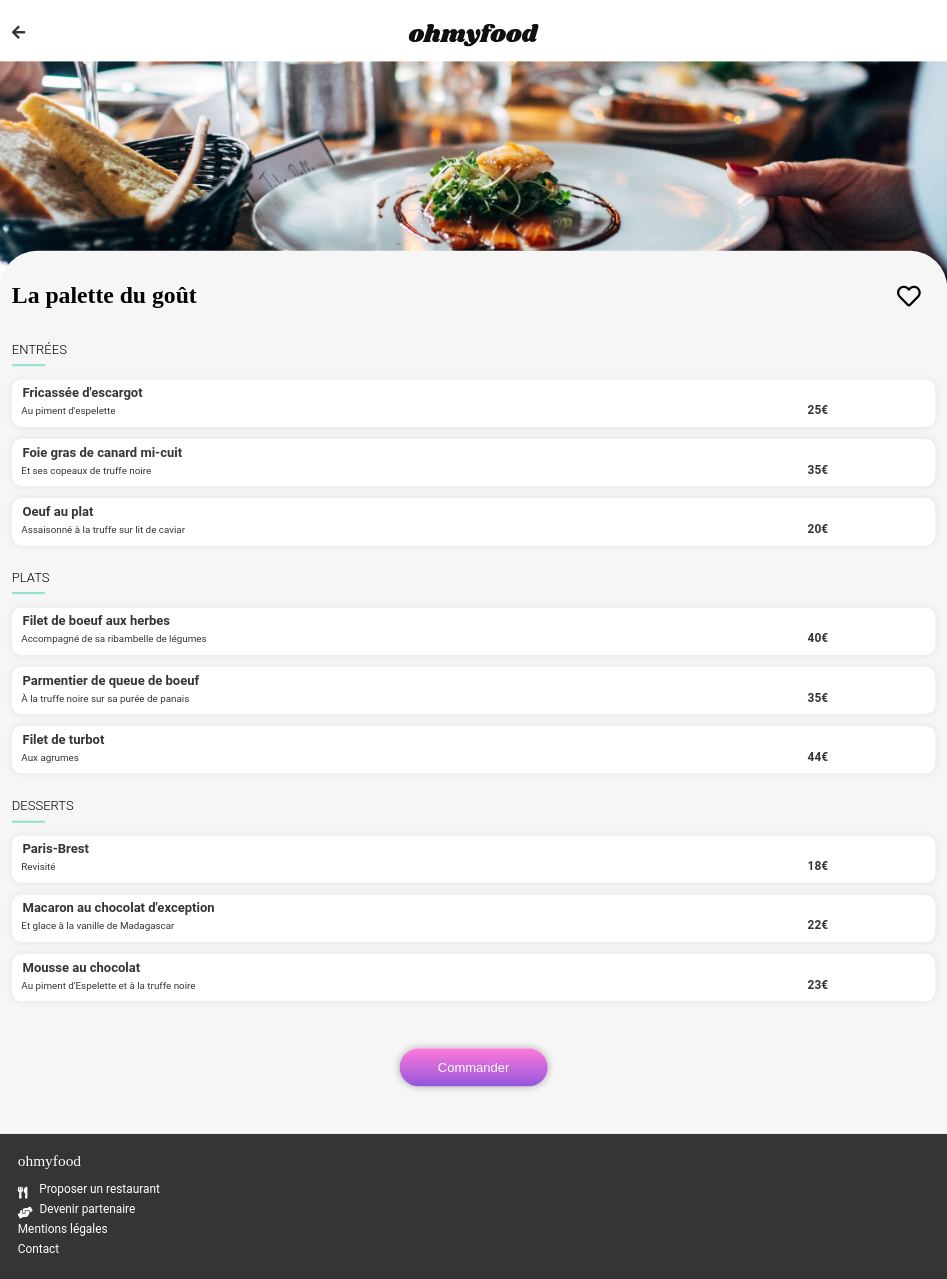
Repository: AlexisTisserand/AlexisTisserand_3_24112020
Page: menu-la-palette-du-gout.html
An editor plug-in stored every save of this project. The page is shown before and after the next save, followed by the edit.
The browser window is 1280 px wide. The pictures show the whole page, at 74% of full size.
Some web libraries are served in a nearby version. The style sheet was rebuilt from its Sass, Less or Tailwind sources for each picture, by a compiler version that may differ from the author's.

Above is the page before, as saved 2020-12-09 11:47:59.

After the next save:
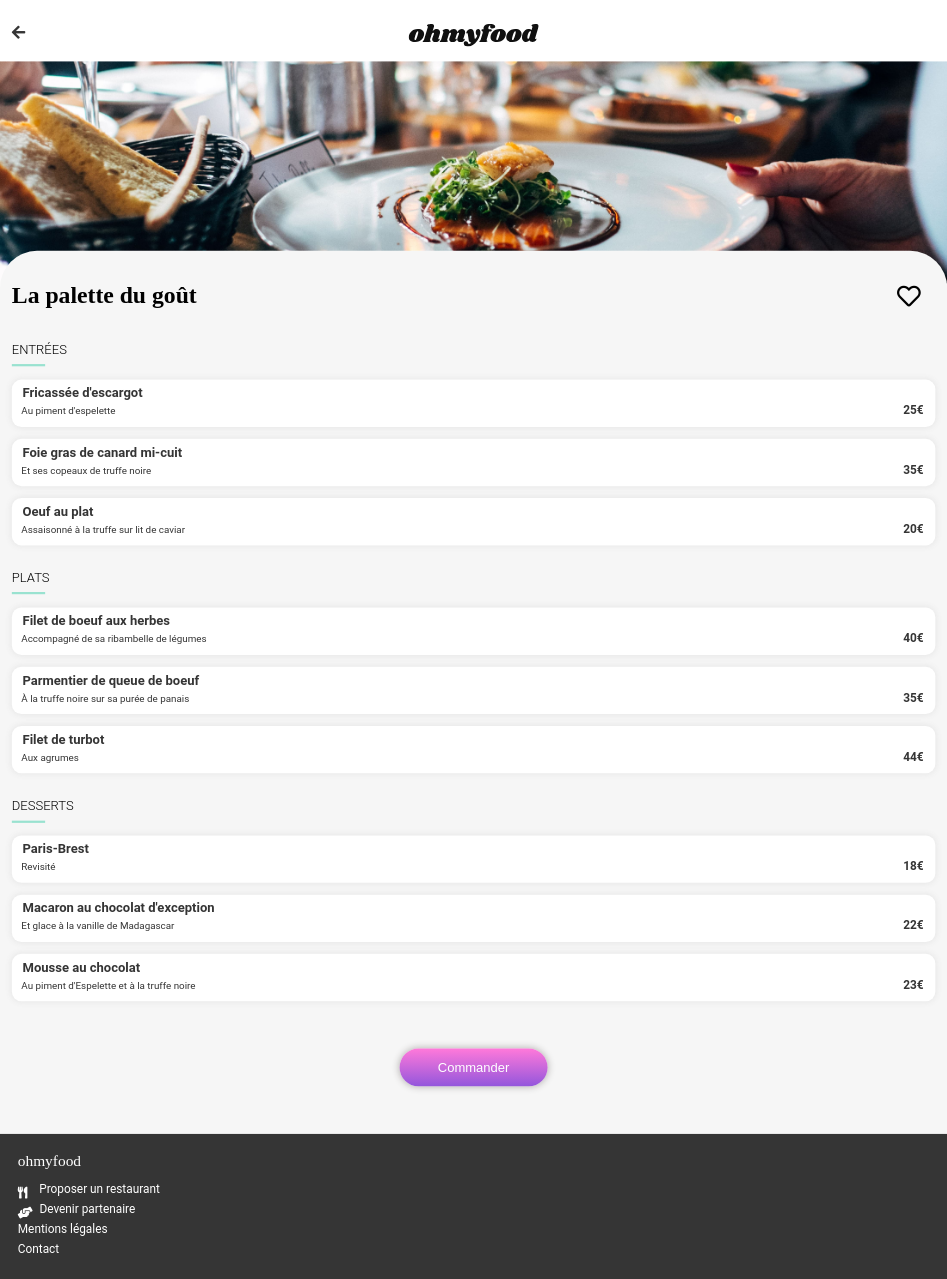
Saved 4 min 17 s later.
--- a/sass/style.scss
+++ b/sass/style.scss
@@ -479,9 +479,24 @@ header{
         }
         &--accompagnements{
             grid-area: 2 / 1 / 3 / 2;
+            display: flex;
+            flex-direction: row;
+            align-content: center;
+            justify-content: space-between;
+            h5{
+                font-weight: 400;
+                margin: 0.2rem 0 0.5rem 0.8rem;
+            }
         }
         &--prix{
-            grid-area: 2 / 2 / 3 / 3;
+            grid-area: 2 / 2 / 3 / 4;
+            transition: margin-right 1s;
+            p{
+                font-weight: bold;
+                margin: 0 ;
+                text-align: end;
+                margin-right: $size;
+            }
         }
         &--checkbox{
             background-color: $tertiary;
@@ -502,26 +517,6 @@ header{
         h4{
         @extend .margin-plats;
         font-size: $size + 0.1rem;
-        }
-        &--accompagnements{
-            display: flex;
-            flex-direction: row;
-            align-content: center;
-            justify-content: space-between;
-            h5{
-                font-weight: 400;
-                margin: 0.2rem 0 0.5rem 0.8rem;
-            }
-        }
-        &--prix{
-            transition: margin-right 1s;
-            p{
-                font-weight: bold;
-                margin: 0 ;
-                text-align: end;
-                margin-right: $size;
-
-            }
         }
     }
     button{
